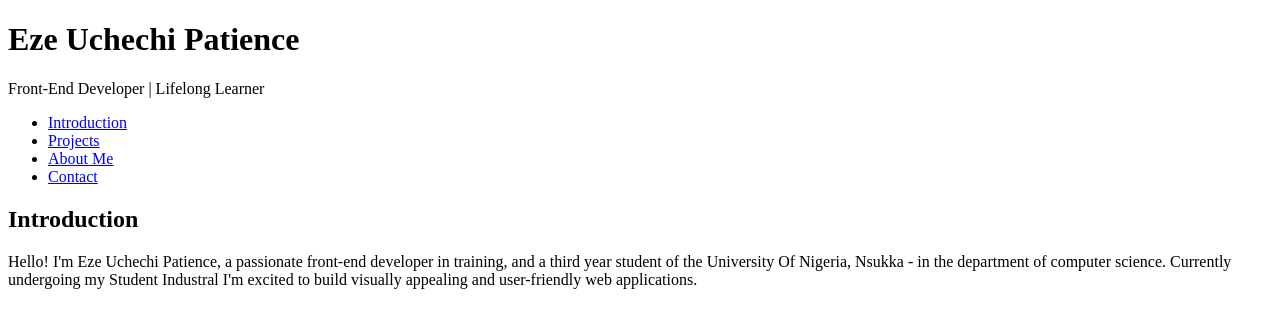
Repository: Patience225/My_First_Portfolio
Page: Portfolio/index.html
These files come from the project's save history. The page is drawn as it stood at one moment and after the next save; the edit follows.
The browser window is 1280 px wide. The pictures show the whole page.

Above is the page before, as saved 2024-12-16 13:09:59.

### Portfolio/index.html
<!DOCTYPE html>
<html lang="en">
<head>
    <meta charset="utf-8">
    <title>Eze Uchechi Patience - Personal Portfolio</title>
</head>
<body>
    <header>
        <h1>Eze Uchechi Patience</h1>
        <p>Front-End Developer | Lifelong Learner</p>
    </header>
    <nav>
      <ul>
        <li><a href="#introduction">Introduction</a></li>
        <li><a href="#projects">Projects</a></li>
        <li><a href="#about">About Me</a></li>
        <li><a href="#contact">Contact</a></li>
    </ul>
    </nav>
    <section id="introduction">
      <h2>Introduction</h2>
    <p>Hello! I'm Eze Uchechi Patience, a passionate front-end developer in training, and a third year student of the University Of Nigeria, Nsukka - in the department of computer science. Currently undergoing my Student Industral I'm excited to build visually appealing and user-friendly web applications.</p>
    </section>
    <section id="projects"></section>
    <section id="about"></section>
    <section id="contact"></section>
    <footer>

    </footer>
</body>
</html>

After the next save:
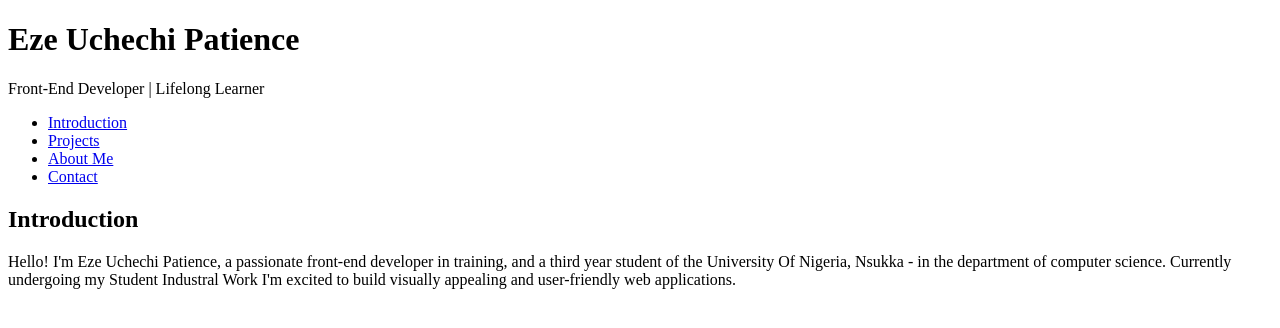
Saved 6 s later.
--- a/Portfolio/index.html
+++ b/Portfolio/index.html
@@ -19,7 +19,7 @@
     </nav>
     <section id="introduction">
       <h2>Introduction</h2>
-    <p>Hello! I'm Eze Uchechi Patience, a passionate front-end developer in training, and a third year student of the University Of Nigeria, Nsukka - in the department of computer science. Currently undergoing my Student Industral I'm excited to build visually appealing and user-friendly web applications.</p>
+    <p>Hello! I'm Eze Uchechi Patience, a passionate front-end developer in training, and a third year student of the University Of Nigeria, Nsukka - in the department of computer science. Currently undergoing my Student Industral Work I'm excited to build visually appealing and user-friendly web applications.</p>
     </section>
     <section id="projects"></section>
     <section id="about"></section>
